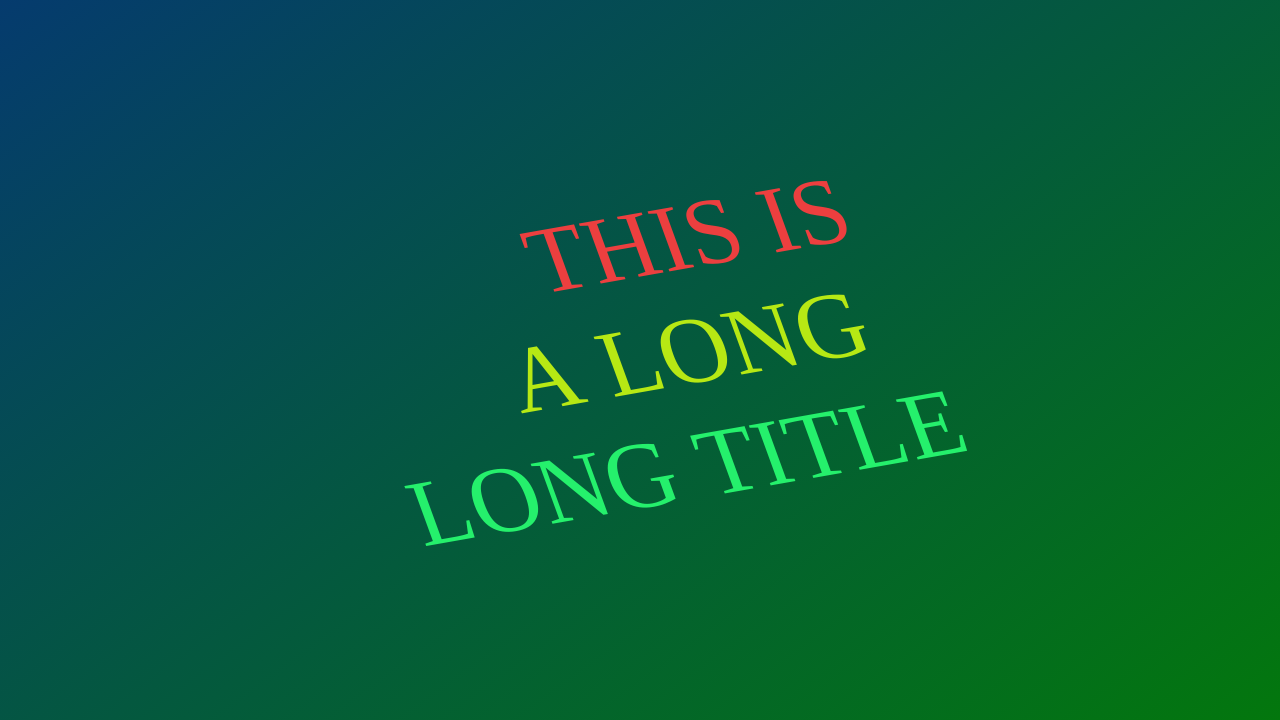
Repository: zuuo/--
Page: 文字入场动画1/index.html
These files come from the project's save history. The page is drawn as it stood at one moment and after the next save; the edit follows.
The browser window is 1280 px wide. The pictures show the whole page.
The style sheet was rebuilt from its Sass, Less or Tailwind sources for each picture, by a compiler version that may differ from the author's.

Above is the page before, as saved 2024-03-03 21:13:40.

### 文字入场动画1/index.html
<!DOCTYPE html>
<html lang="en">

<head>
    <meta charset="UTF-8">
    <meta name="viewport" content="width=device-width, initial-scale=1.0">
    <title>文字入场动画1</title>
    <link rel="stylesheet" href="./style.css">
</head>

<body>
    <div class="title">
        THIS IS
    </div>
    <div class="title">
        A LONG
    </div>
    <div class="title">
        LONG TITLE
    </div>
</body>
<script src="index.js"></script>

</html>

### 文字入场动画1/index.js
const titleElements = document.querySelectorAll('.title');
titleElements.forEach(element => {
    let context = element.textContent;
    let spanElements = context.split('').map(letter => `<span>${letter.trim() ? letter : '&nbsp;'}</span>`).join('');
    element.innerHTML = spanElements;
});

### 文字入场动画1/style.less
body {
    padding: 0;
    margin: 0;
    background-image: linear-gradient(-36deg, #03770d, #053b6e);
    width: 100vw;
    height: 100vh;
    display: flex;
    justify-content: center;
    align-items: center;
    flex-direction: column;
}

.title {
    font-size: 96px;
    transform: rotate(-10deg);

    line-height: 1;
    margin: 10px 0;
    display: flex;

    &:nth-child(1) {
        color: #ec3f3f;
    }

    &:nth-child(2) {
        color: #b7e814;
    }

    &:nth-child(3) {
        color: #25f06c;
    }

    span {
        transform: skew(10deg);
    }
}

After the next save:
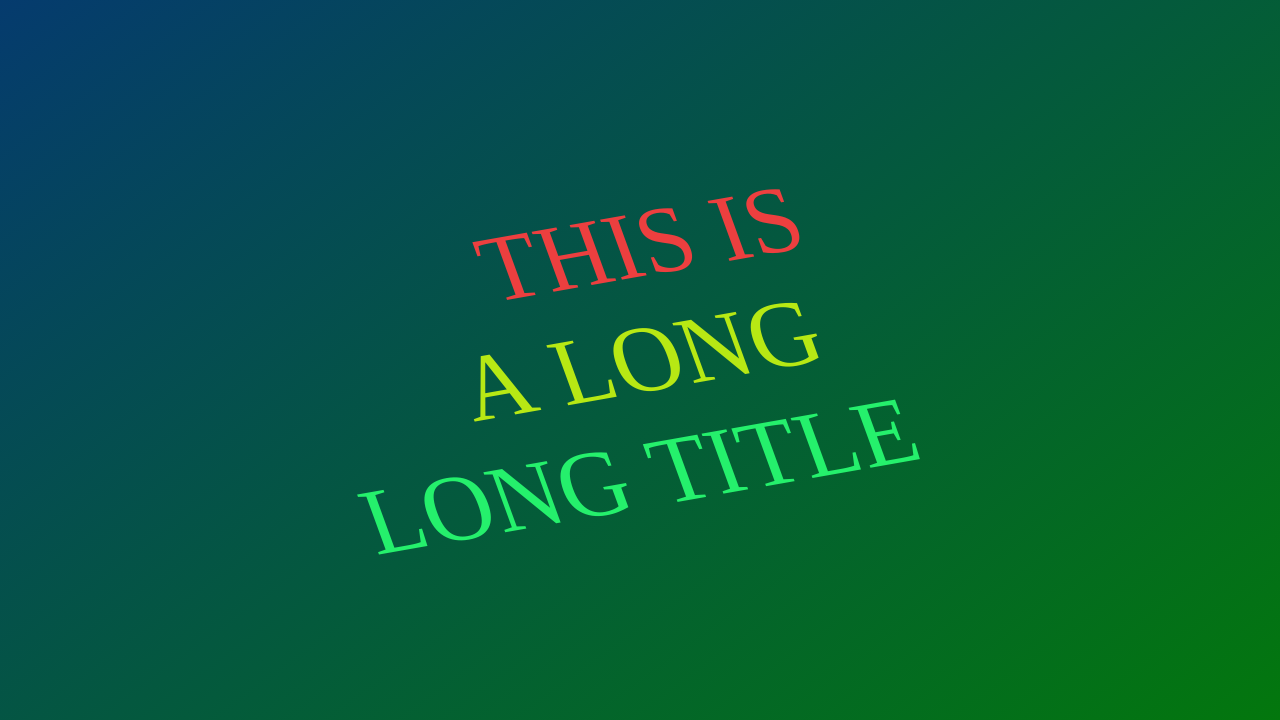
Saved 18 s later.
--- a/文字入场动画1/index.html
+++ b/文字入场动画1/index.html
@@ -9,15 +9,9 @@
 </head>
 
 <body>
-    <div class="title">
-        THIS IS
-    </div>
-    <div class="title">
-        A LONG
-    </div>
-    <div class="title">
-        LONG TITLE
-    </div>
+    <div class="title">THIS IS</div>
+    <div class="title">A LONG</div>
+    <div class="title">LONG TITLE</div>
 </body>
 <script src="index.js"></script>
 
